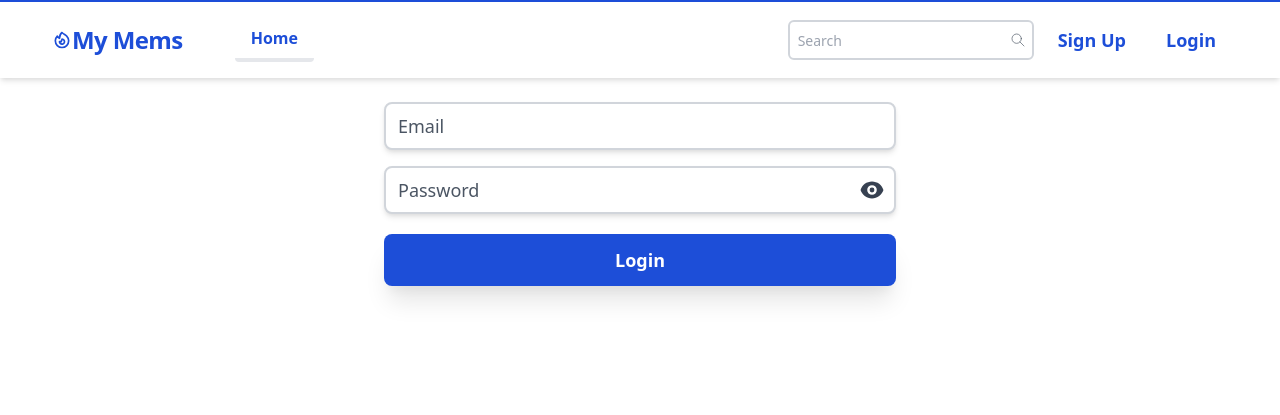
Repository: ShamroOoz/React-Go-Auth-Application
Page: /login
An editor plug-in stored every save of this project. The page is shown before and after a run of saves, followed by the edit.
The browser window is 1280 px wide. The pictures show the whole page.
The project was rebuilt for these pictures with package versions that can differ from the ones it lists, and the page was loaded fresh each time. A package was used in the major version that the imports need, not the one package.json lists. Also part of the build but not shown: craco.config.js, src/Components/Home.js, src/Components/TextError.js, src/Components/Singup.js.

Above is the page before, as saved 2021-05-24 05:09:34.

After the next 2 saves:
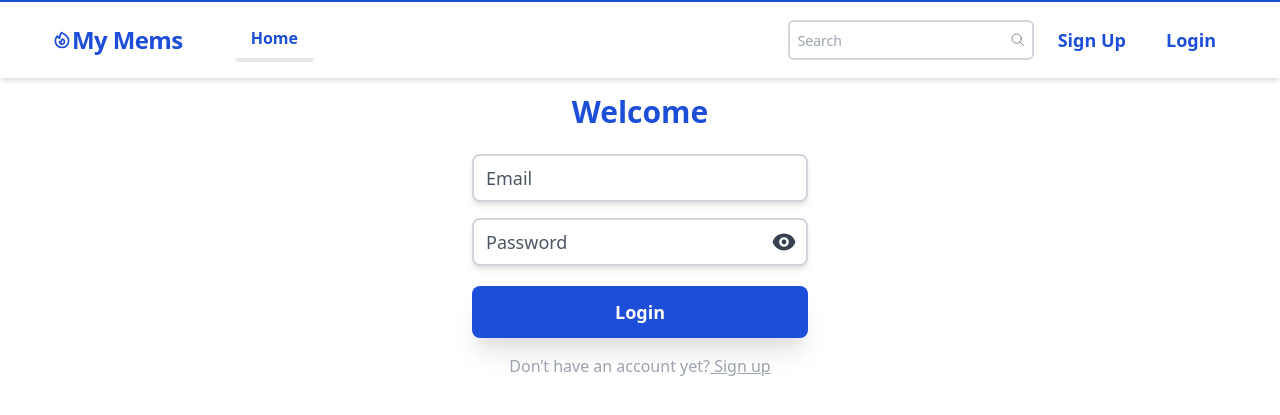
The 2 saves are shown as one change because 1 did not build or start.
The last was saved 2 min 17 s later.
--- a/src/Components/Login.js
+++ b/src/Components/Login.js
@@ -1,5 +1,5 @@
 import React from "react";
-import { useHistory, useParams } from "react-router";
+import { Link } from "react-router-dom";
 import { Formik, Form } from "formik";
 import FormikControl from "./FormikControl";
 import { SignInSchema, initialSignInValues } from "./Schema";
@@ -12,39 +12,58 @@ const onSubmit = (values, onSubmitProps) => {
 
 const Login = () => {
   return (
-    <Formik
-      initialValues={initialSignInValues}
-      validationSchema={SignInSchema}
-      onSubmit={onSubmit}
-    >
-      {(formik) => (
-        <Form className="mt-4">
-          <div className="max-w-lg mx-auto">
-            <FormikControl
-              control="input"
-              type={`email`}
-              name="email"
-              label={`Email`}
-            />
+    <div className="container max-w-full px-6 mx-auto">
+      <div className="max-w-sm px-6 mx-auto">
+        <div className="relative flex flex-wrap">
+          <div className="relative w-full">
+            <div className="mt-4">
+              <div className="text-3xl font-bold text-center text-blue-700">
+                Welcome
+              </div>
+              <Formik
+                initialValues={initialSignInValues}
+                validationSchema={SignInSchema}
+                onSubmit={onSubmit}
+              >
+                {(formik) => (
+                  <Form className="mt-4">
+                    <div className="max-w-lg mx-auto">
+                      <FormikControl
+                        control="input"
+                        type={`email`}
+                        name="email"
+                        label={`Email`}
+                      />
 
-            <FormikControl
-              control="input"
-              type={`password`}
-              name="password"
-              label={`Password`}
-            />
+                      <FormikControl
+                        control="input"
+                        type={`password`}
+                        name="password"
+                        label={`Password`}
+                      />
 
-            <button
-              type="submit"
-              className="btn-large"
-              disabled={!formik.isValid}
-            >
-              Login
-            </button>
+                      <button
+                        type="submit"
+                        className="btn-large"
+                        disabled={!formik.isValid}
+                      >
+                        Login
+                      </button>
+                    </div>
+                  </Form>
+                )}
+              </Formik>
+              <div className="mt-4 text-center text-gray-400 hover:text-gray-600">
+                Don’t have an account yet?
+                <Link to="/singup">
+                  <span className="underline"> Sign up</span>
+                </Link>
+              </div>
+            </div>
           </div>
-        </Form>
-      )}
-    </Formik>
+        </div>
+      </div>
+    </div>
   );
 };
 
